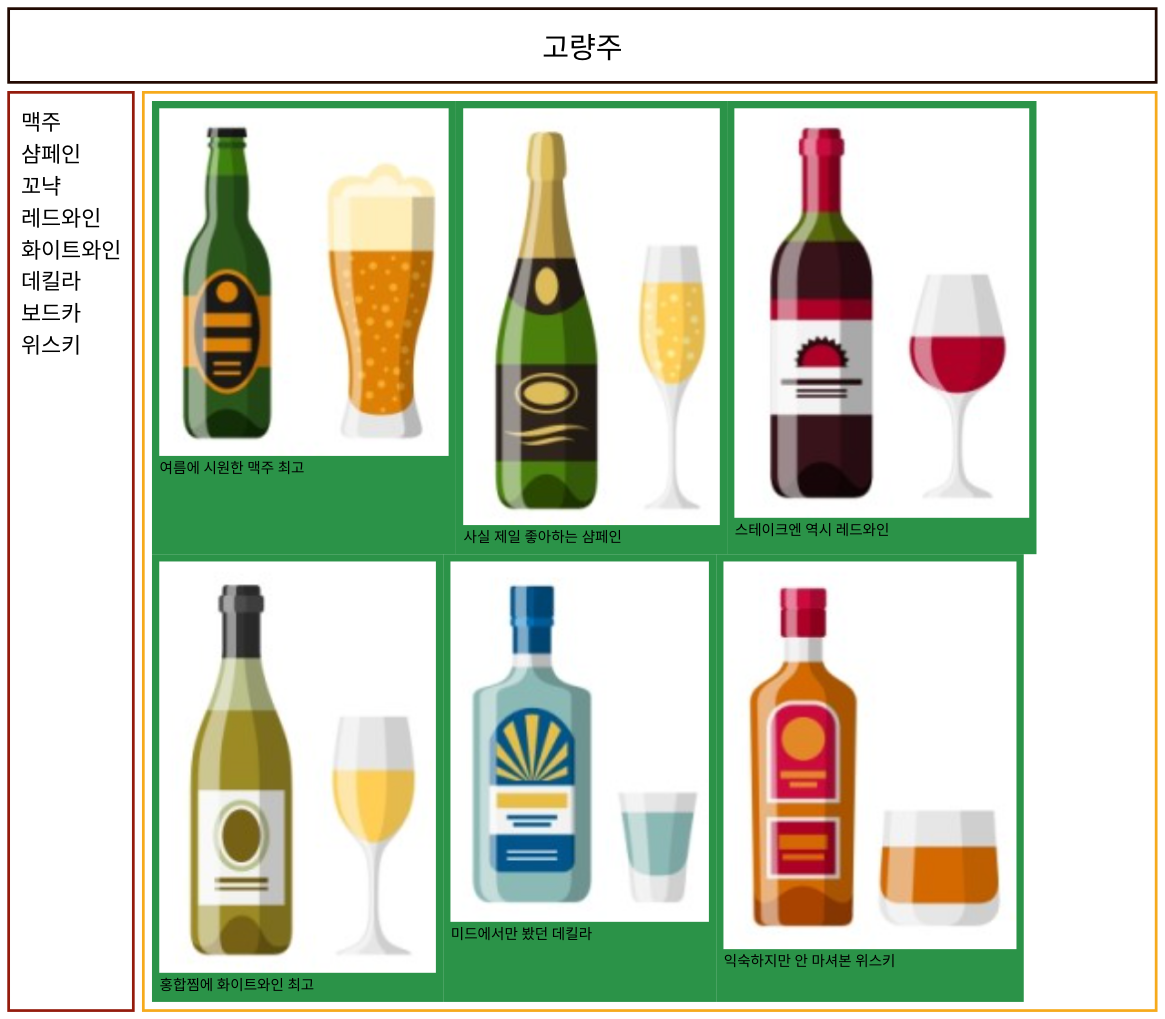
Repository: Jay-JYKim91/grj_2nd_week
Page: index.html
The author's editor kept a copy of each file at every save. The page is drawn from the files as they stood at one save, then again after the next save.
The browser window is 1280 px wide. The pictures show the whole page, at 91% of full size.
Some web fonts or font styles are not loaded; a fallback is used.

Above is the page before, as saved 2022-05-03 14:37:36.

### index.html
<!DOCTYPE html>
<html lang="en">
<head>
    <meta charset="UTF-8">
    <meta http-equiv="X-UA-Compatible" content="IE=edge">
    <meta name="viewport" content="width=device-width, initial-scale=1.0">
    <title>Document</title>
    <link rel="stylesheet" href="./styles.css">
</head>
<body>
    <header>
        <span>고량주</span>
    </header>
    <main>
        <aside>
            <span>맥주</span>
            <span>샴페인</span>
            <span>꼬냑</span>
            <span>레드와인</span>
            <span>화이트와인</span>
            <span>데킬라</span>
            <span>보드카</span>
            <span>위스키</span>
        </aside>
        <section class="cards">
            <div class="card">
                <img src="./images/beer.png" alt="beer">
                <span>여름에 시원한 맥주 최고</span>
            </div>
            <div class="card">
                <img src="./images/champagne.png" alt="champagne">
                <span>사실 제일 좋아하는 샴페인</span>
            </div>
            <div class="card">
                <img src="./images/red_wine.png" alt="red_wine">
                <span>스테이크엔 역시 레드와인</span>
            </div>
            <div class="card">
                <img src="./images/white_wine.png" alt="white_wine">
                <span>홍합찜에 화이트와인 최고</span>
            </div>
            <div class="card">
                <img src="./images/tequila.png" alt="tequila">
                <span>미드에서만 봤던 데킬라</span>
            </div>
            <div class="card">
                <img src="./images/whiskey.png" alt="whiskey">
                <span>익숙하지만 안 마셔본 위스키</span>
            </div>
        </section>
    </main>
</body>
</html>

### styles.css
@import url("https://fonts.googleapis.com/css2?family=Hahmlet:wght@400;500&display=swap");

* {
  box-sizing: border-box;
  font-family: "Hahmlet", serif;
}

header {
  border: 3px solid #220901;
  padding: 0.5em;
  font-size: 2rem;
  text-align: center;
}

main {
  display: flex;
  margin: 0.5rem 0;
  gap: 0.5rem;
}

aside {
  display: flex;
  flex-direction: column;
  border: 3px solid #941b0c;
  padding: 0.5em;
  font-size: 1.5rem;
  min-width: max-content;
}

.cards {
  display: flex;
  flex-wrap: wrap;
  border: 3px solid #f6aa1c;
  padding: 0.5em;
}

.card {
  display: flex;
  flex-direction: column;
  background-color: #2b9348;
  padding: 0.5em;
}

After the next save:
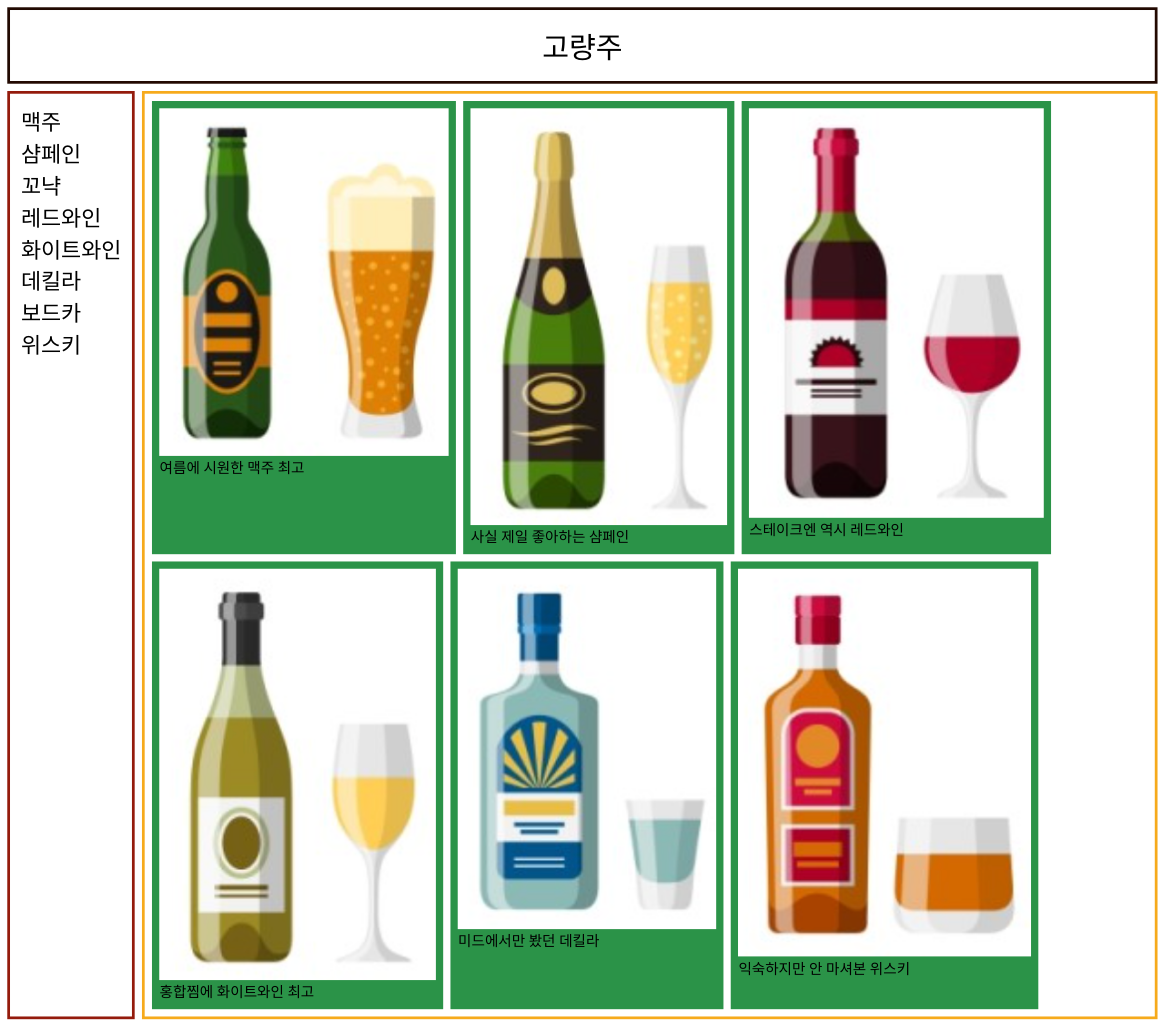
Saved 25 s later.
--- a/styles.css
+++ b/styles.css
@@ -32,6 +32,7 @@ aside {
   flex-wrap: wrap;
   border: 3px solid #f6aa1c;
   padding: 0.5em;
+  gap: 0.5em;
 }
 
 .card {
